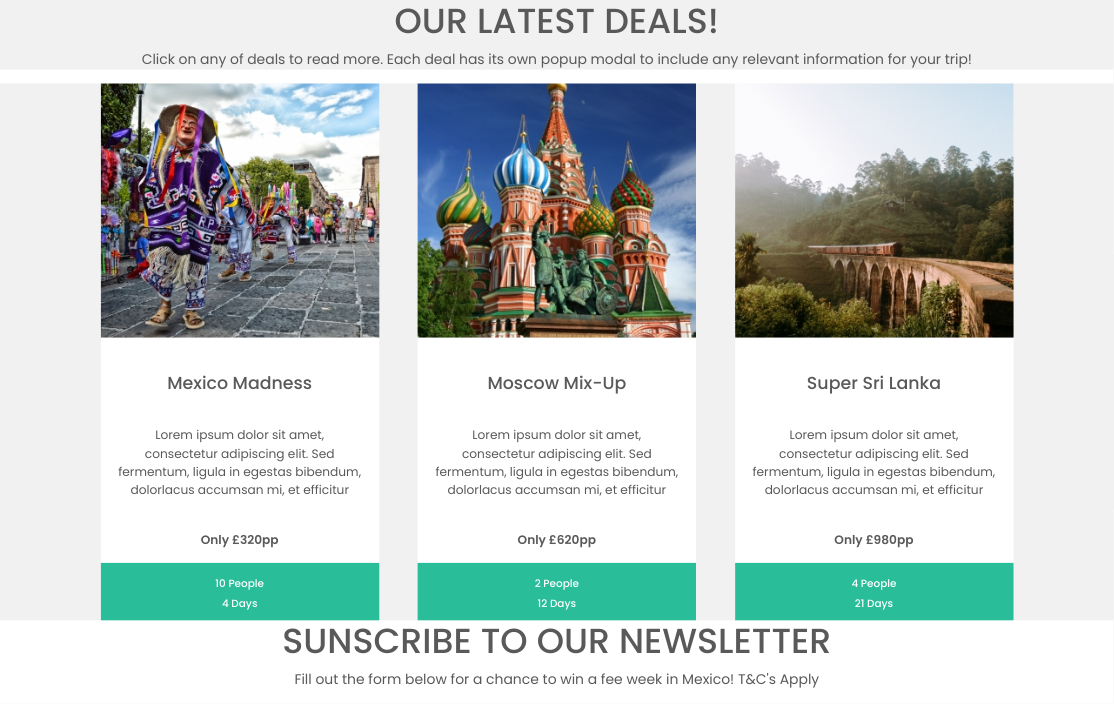
Repository: cobyfoster99/Interactive-frontend-project
Page: index.html
The author's editor kept a record of every edit. The page is drawn from the files as they stood at one moment, then again after the next edit.
The browser window is 1280 px wide. The pictures show the whole page, at 87% of full size.

Above is the page before.
Console error (its wording comes from the project's code and is left out).

### index.html
<!DOCTYPE html>
<html lang="en">

<head>
    <meta charset="UTF-8">
    <meta name="viewport" content="width=device-width, initial-scale=1.0">
    <meta http-equiv="X-UA-Compatible" content="ie=edge">

    <link rel="stylesheet" href="assets/css/style.css" type="text/css" />
    <script type="text/javascript" src="assets/js/foundation.js"></script>
    <link rel="stylesheet" href="https://stackpath.bootstrapcdn.com/bootstrap/4.4.1/css/bootstrap.min.css" type="text/css" />
    <script type="text/javascript" src="https://stackpath.bootstrapcdn.com/bootstrap/4.4.1/js/bootstrap.min.js"></script>

    <title>Simple Design Works | Travel</title>

</head>

<body>

    <!-------- Deals Box Section -------->

    <div class="contain grey-background">
        <div class="h1-section no-gutters">
            <h1>OUR LATEST DEALS!</h1>
            <P>Click on any of deals to read more. Each deal has its own popup modal to include any relevant information for your trip!</P>
        </div>

    </div>

    <div class="contain grey-background deals-section">
        <div class="deals-box-section no-gutters">
            <div class="deals-box">
                <img src="assets/media-library/mexico.jpg" class="deals-image" />
                <h5 class="deals-box-h1">Mexico Madness</h5>
                <p class="deals-box-p">Lorem ipsum dolor sit amet, consectetur adipiscing elit. Sed fermentum, ligula in egestas bibendum, dolorlacus accumsan mi, et efficitur</p>
                <p class="deals-box-price">Only £320pp</p>
                <div class="price-box turqoise-bg">
                    <p class="deals-box-bottom-p">10 People</p>
                    <p class="deals-box-bottom-p">4 Days</p>
                </div>
            </div>
        </div>

        <div class="deals-box-section no-gutters">
            <div class="deals-box">
                <img src="assets/media-library/moscow.jpg" class="deals-image" />
                <h5 class="deals-box-h1">Moscow Mix-Up</h5>
                <p class="deals-box-p">Lorem ipsum dolor sit amet, consectetur adipiscing elit. Sed fermentum, ligula in egestas bibendum, dolorlacus accumsan mi, et efficitur</p>
                <p class="deals-box-price">Only £620pp</p>
                <div class="price-box turqoise-bg">
                    <p class="deals-box-bottom-p">2 People</p>
                    <p class="deals-box-bottom-p">12 Days</p>
                </div>
            </div>
        </div>

        <div class="deals-box-section no-gutters">
            <div class="deals-box">
                <img src="assets/media-library/sri-lanka.jpg" class="deals-image" />
                <h5 class="deals-box-h1">Super Sri Lanka</h5>
                <p class="deals-box-p">Lorem ipsum dolor sit amet, consectetur adipiscing elit. Sed fermentum, ligula in egestas bibendum, dolorlacus accumsan mi, et efficitur</p>
                <p class="deals-box-price">Only £980pp</p>
                <div class="price-box turqoise-bg">
                    <p class="deals-box-bottom-p">4 People</p>
                    <p class="deals-box-bottom-p">21 Days</p>
                </div>
            </div>
        </div>

    </div>

    <!-------- Subscribe to our Newsletter -------->

    <div class="contain">
        <div class="image-background-newsletter">
            <div class="h1-section"></div>
            <h1 class="newsletter-h1">SUNSCRIBE TO OUR NEWSLETTER</h1>
            <p class="newsletter-p">Fill out the form below for a chance to win a fee week in Mexico! T&C's Apply</p>
            <div class="newsletter-signup"></div>
        </div>
    </div>
    </div>

</body>

</html>

### assets/css/style.css
@import url('https://fonts.googleapis.com/css?family=Poppins:400,500,600,700&display=swap');

/* Background Colors */

.grey-background {
    background-color: #f1f1f1;
}

.turqoise-bg {
    background-color: #2abd9a;
}

/* Text */

h1,
h2,
h3,
h4,
h5,
h6,
span,
p {
    font-family: "poppins", arial;
    color: #595959;
    text-align: center;
}

h3 {
    font-size: 18px;
    font-weight: 600;
}

.contain {
    max-width: 1920px;
    margin: auto;
    text-align: center;
}

.new-section {
    display: inline-block;
    padding-top: 100px;
    padding-bottom: 100px;
    max-width: 1200px;
}



.deals-box-section {
    display: inline-block;
    max-width: 1200px;

}

.deals-box {
    background-color: white;
    width: 320px;
    margin-right: 20px;
    margin-left: 20px;
}

.deals-image {
    padding-bottom: 20px;
}

.deals-box-h1 {
    font-size: 20px;
    padding-bottom: 10px;
    padding-top: 20px;
}

.deals-box-p {
    font-size: 14px;
    padding: 20px;
}

.deals-box-price {
    font-size: 14px;
    font-weight: 600
}

.deals-box-bottom-p {
    color: white;
    font-size: 12px;
    font-weight: 500;
    padding-top: 5px;
    margin-bottom: 0px;
}

.price-box {
    padding-top: 10px;
    padding-bottom: 10px;
}

Loaded but not shown: assets/js/foundation.js (no copy from this time; the picture is the same without it)

After the next edit:
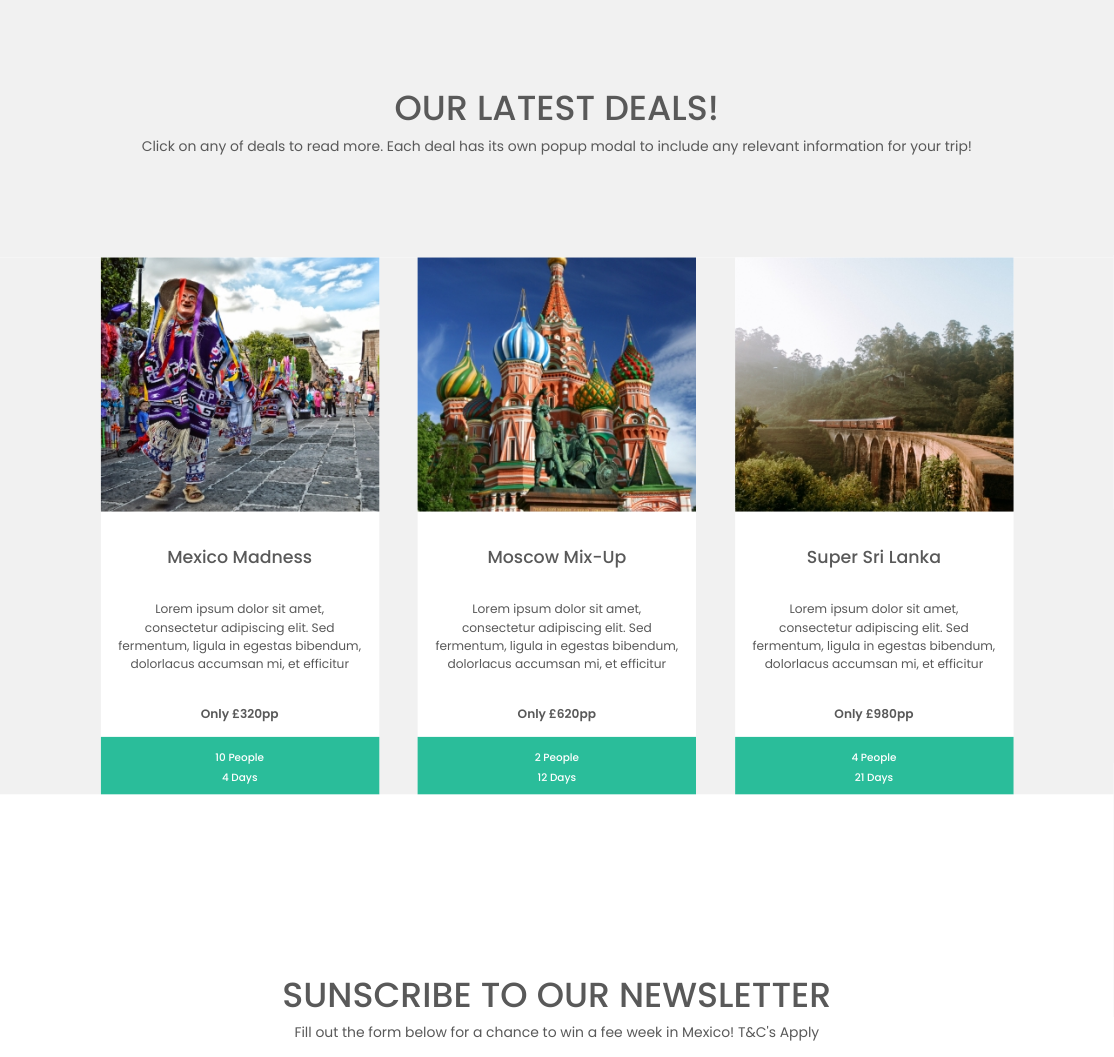
The edit:
--- a/assets/css/style.css
+++ b/assets/css/style.css
@@ -36,7 +36,7 @@
     text-align: center;
 }
 
-.new-section {
+.h1-section {
     display: inline-block;
     padding-top: 100px;
     padding-bottom: 100px;
